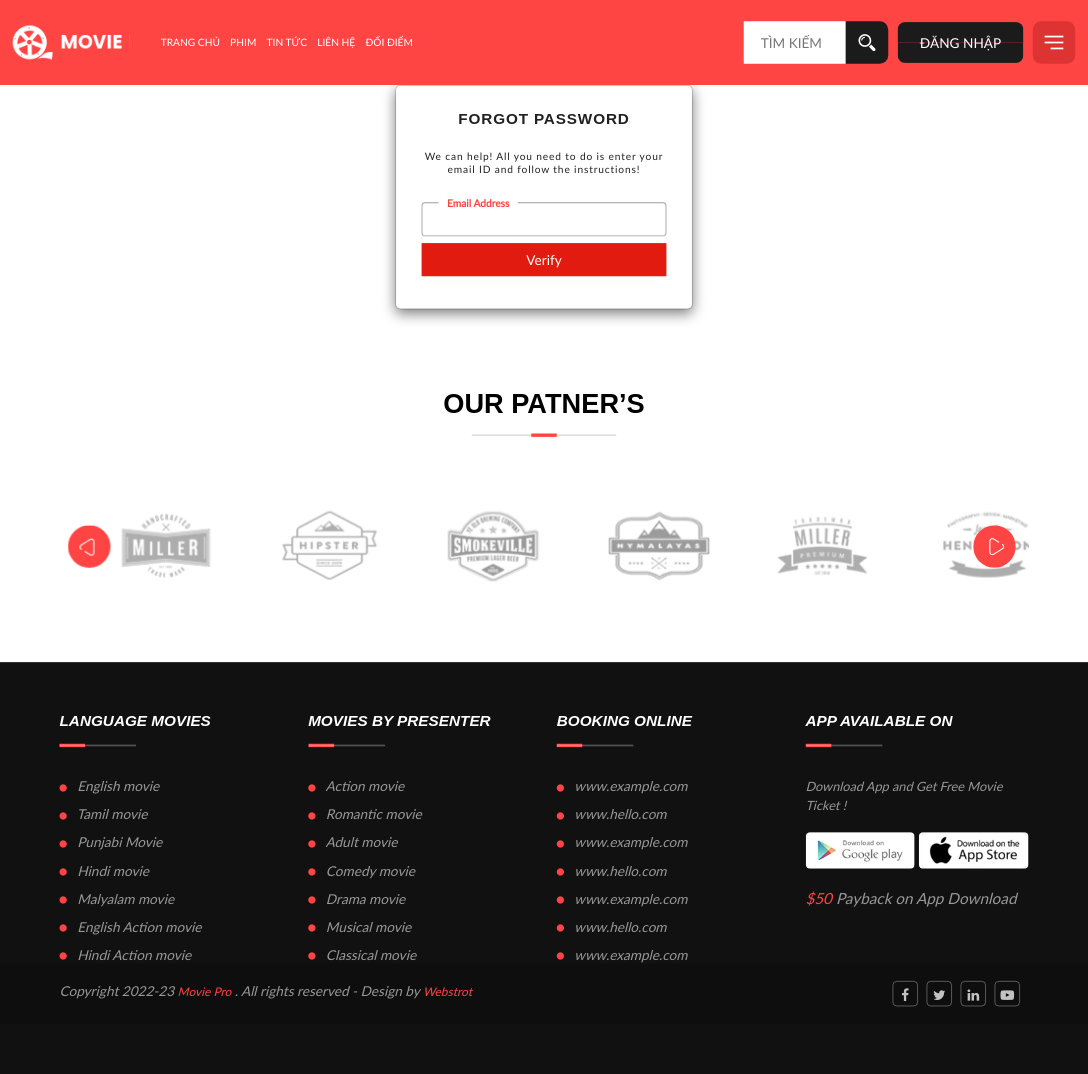
Repository: TK-NNH/DATN
Page: http://localhost/auth/forgotPassword
These files come from the project's save history. The page is drawn as it stood at one moment and after the next save; the edit follows.
The browser window is 1280 px wide. The pictures show the whole page, at 85% of full size.
Some web fonts or font styles are not loaded; a fallback is used. The page is served by the project's Laravel application, run on PHP 8.4 with Laravel 10. The database holds what the project's SQL file puts in it. Queries for data that is not in the repository find no rows.

Above is the page before, as saved 2024-12-19 22:24:26.

After the next save:
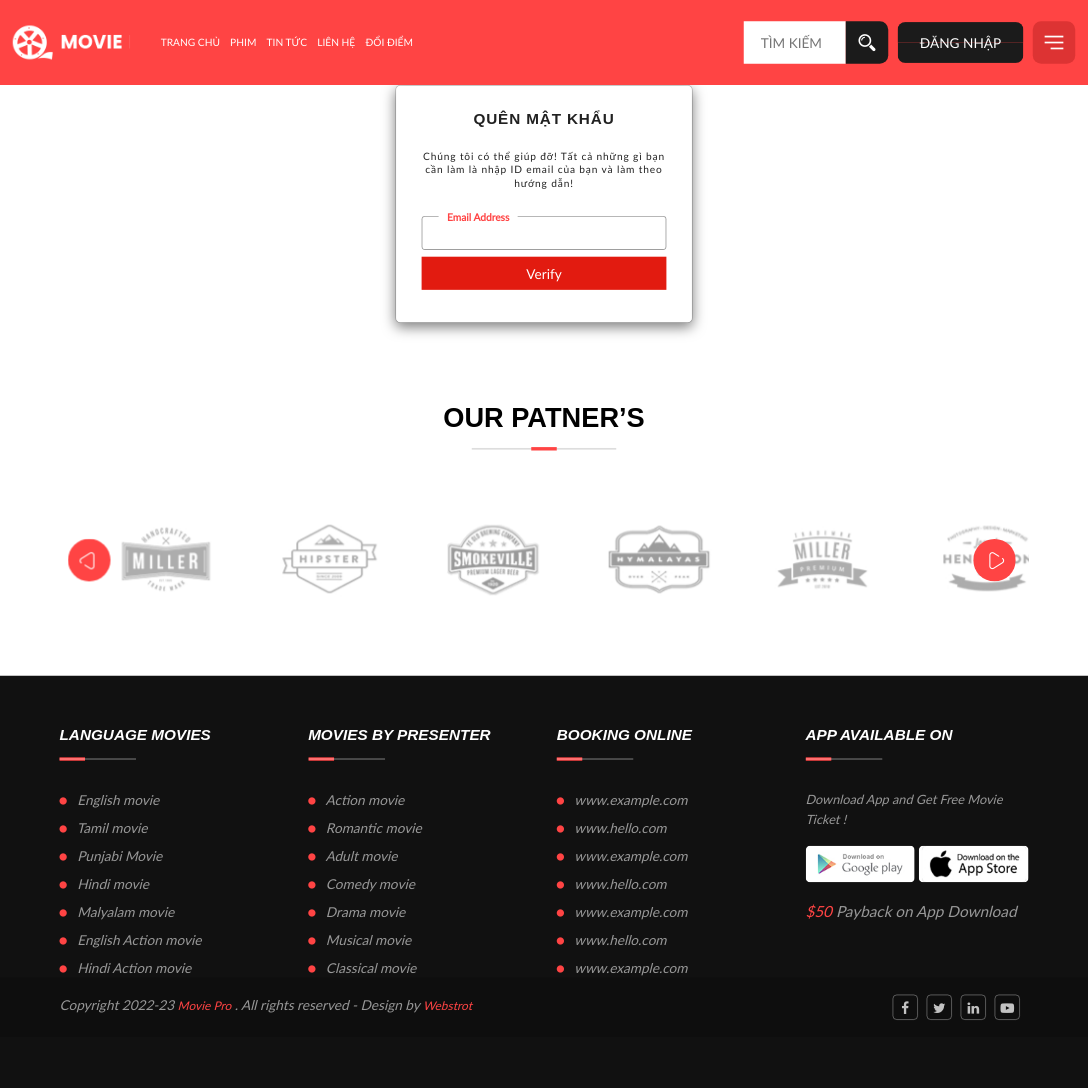
Saved 29 s later.
--- a/FilmHub-Booking/Backend-filmhub/resources/views/frontend/auth/forgotPassword.blade.php
+++ b/FilmHub-Booking/Backend-filmhub/resources/views/frontend/auth/forgotPassword.blade.php
@@ -34,14 +34,14 @@
                 @else
                     @if (isset($user) && $user == false)
                         <div class="st_pop_form_heading_wrapper st_pop_form_heading_wrapper_fpass float_left">
-                            <h3>Forgot Password</h3>
-                            <p>Email not found !</p>
-                            <button class="btn-login" type="button"><a href="{{route('getForgotPassword')}}" style="color: #fff">Try again!</a></button>
+                            <h3>Quên mật khẩu </h3>
+                            <p>Không tìm thấy email  !</p>
+                            <button class="btn-login" type="button"><a href="{{route('getForgotPassword')}}" style="color: #fff">Thử lại !</a></button>
                         </div>
                     @else
                         <div class="st_pop_form_heading_wrapper st_pop_form_heading_wrapper_fpass float_left">
-                            <h3>Forgot Password</h3>
-                            <p>We can help! All you need to do is enter your email ID and follow the instructions!</p>
+                            <h3>Quên mật khẩu</h3>
+                            <p>Chúng tôi có thể giúp đỡ! Tất cả những gì bạn cần làm là nhập ID email của bạn và làm theo hướng dẫn!</p>
                         </div>
 
                         <div class="st_profile_input float_left">
